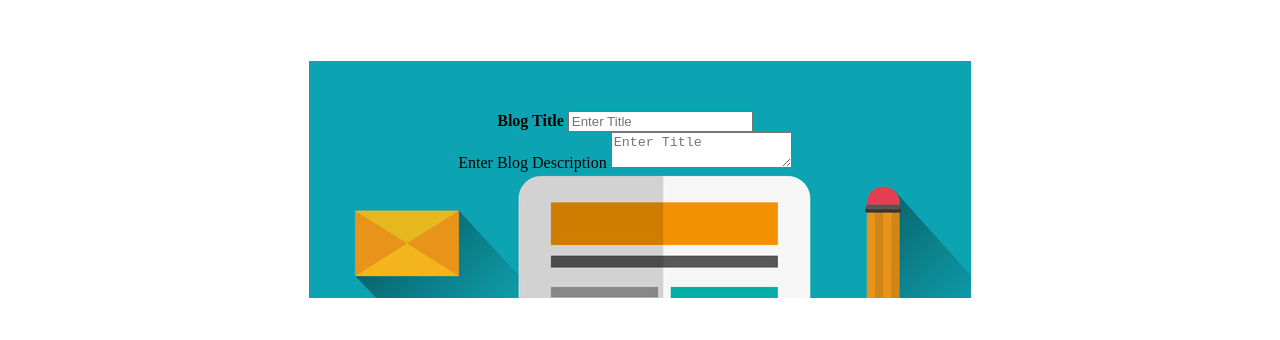
Repository: NeeleshPoojari/Project-2
Page: frontend_project2/WebContent/views/blogpostform.html
The author's editor kept a copy of each file at every save. The page is drawn from the files as they stood at one save, then again after the next save.
The browser window is 1280 px wide. The pictures show the whole page.

Above is the page before, as saved 2017-07-17 15:57:16.

After the next save:
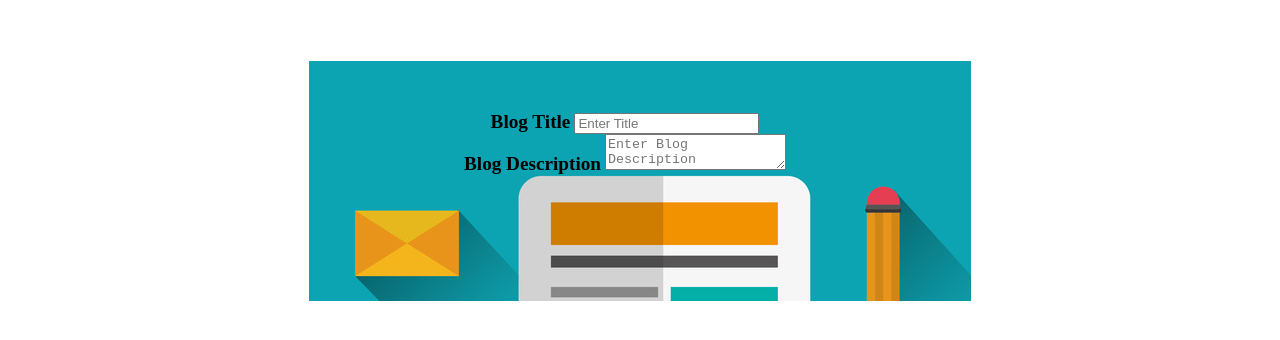
Saved 97 s later.
--- a/frontend_project2/WebContent/views/blogpostform.html
+++ b/frontend_project2/WebContent/views/blogpostform.html
@@ -5,15 +5,15 @@
 		<div align="center">
 			<div class="row">
 				<div class="form-group col-xs-12">
-					<label><b>Blog Title</b></label> <input
+					<label><b><big>Blog Title</big></b></label> <input
 						ng-model="blogPost.title" placeholder="Enter Title"
 						class="form-control input-lg" >
 				</div>
 			</div>
 
 			<div class="row">
-           <label>Enter Blog Description</label>
-           <textarea ng-model="blogPost.description" placeholder="Enter Title"
+           <label><big><b>Blog Description</b></big></label>
+           <textarea ng-model="blogPost.description" placeholder="Enter Blog Description"
 						class="form-control input-lg" ></textarea>
 
 			</div>
